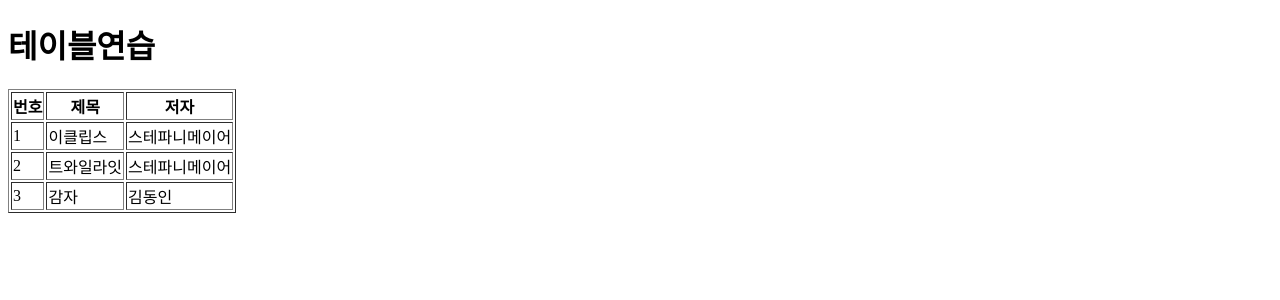
Repository: wishinghyun/multicampus
Page: webwork/clientweb/WebContent/html/table1.html
An editor plug-in stored every save of this project. The page is shown before and after the next save, followed by the edit.
The browser window is 1280 px wide. The pictures show the whole page.

Above is the page before, as saved 2020-01-02 01:39:19.

After the next save:
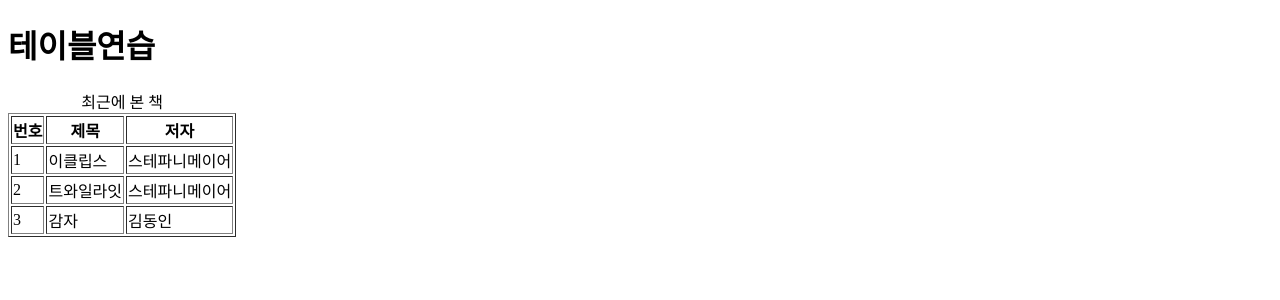
Saved 65 s later.
--- a/webwork/clientweb/WebContent/html/table1.html
+++ b/webwork/clientweb/WebContent/html/table1.html
@@ -7,6 +7,9 @@
 <body>
 	<h1>테이블연습</h1>
 	<table border="1">
+	<caption>
+	최근에 본 책
+	</caption>
 		<tr>
 			<th>번호</th>
 			<th>제목</th>
